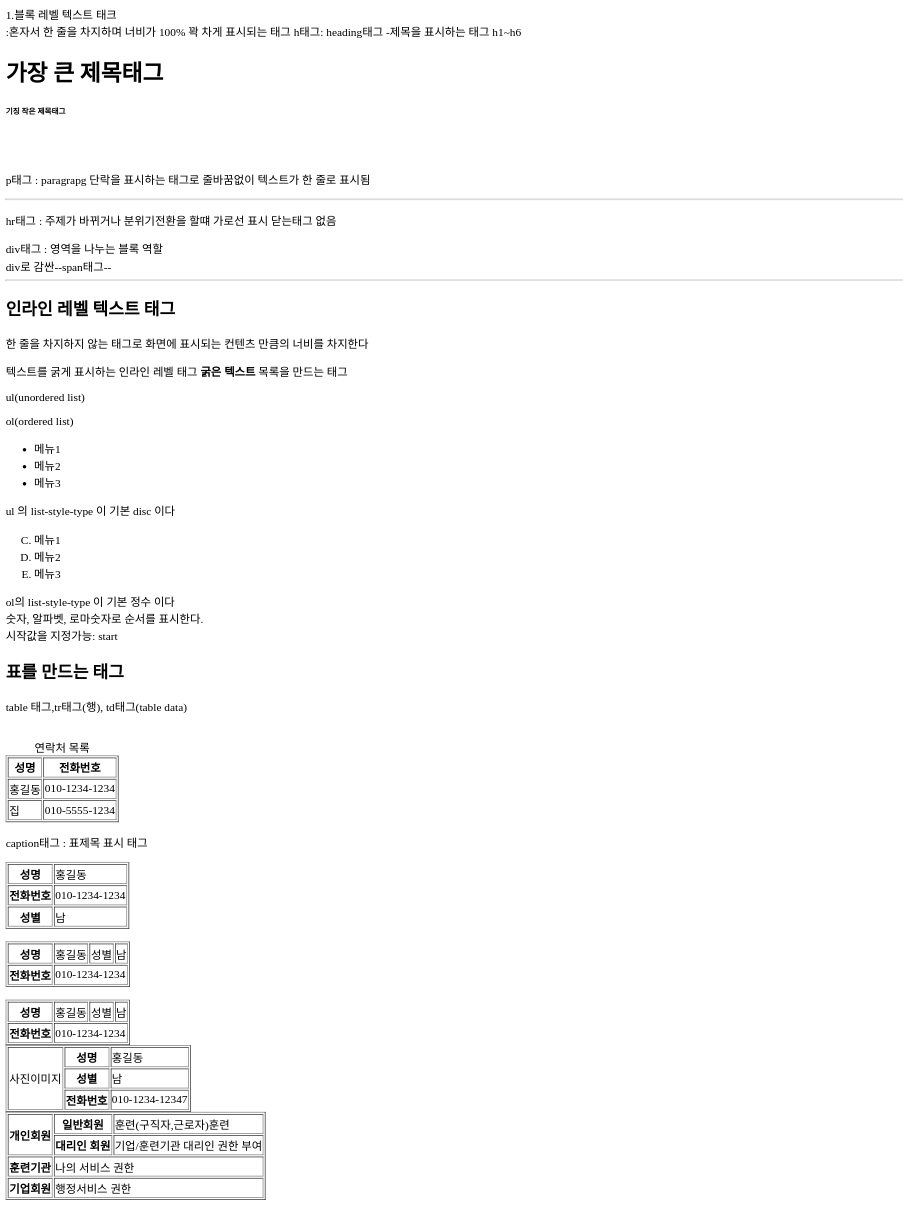
Repository: hana825/Web
Page: web/WebContent/index.html
These files come from the project's save history. The page is drawn as it stood at one moment and after the next save; the edit follows.
The browser window is 1280 px wide. The pictures show the whole page, at 71% of full size.

Above is the page before, as saved 2022-03-17 07:03:40.

After the next save:
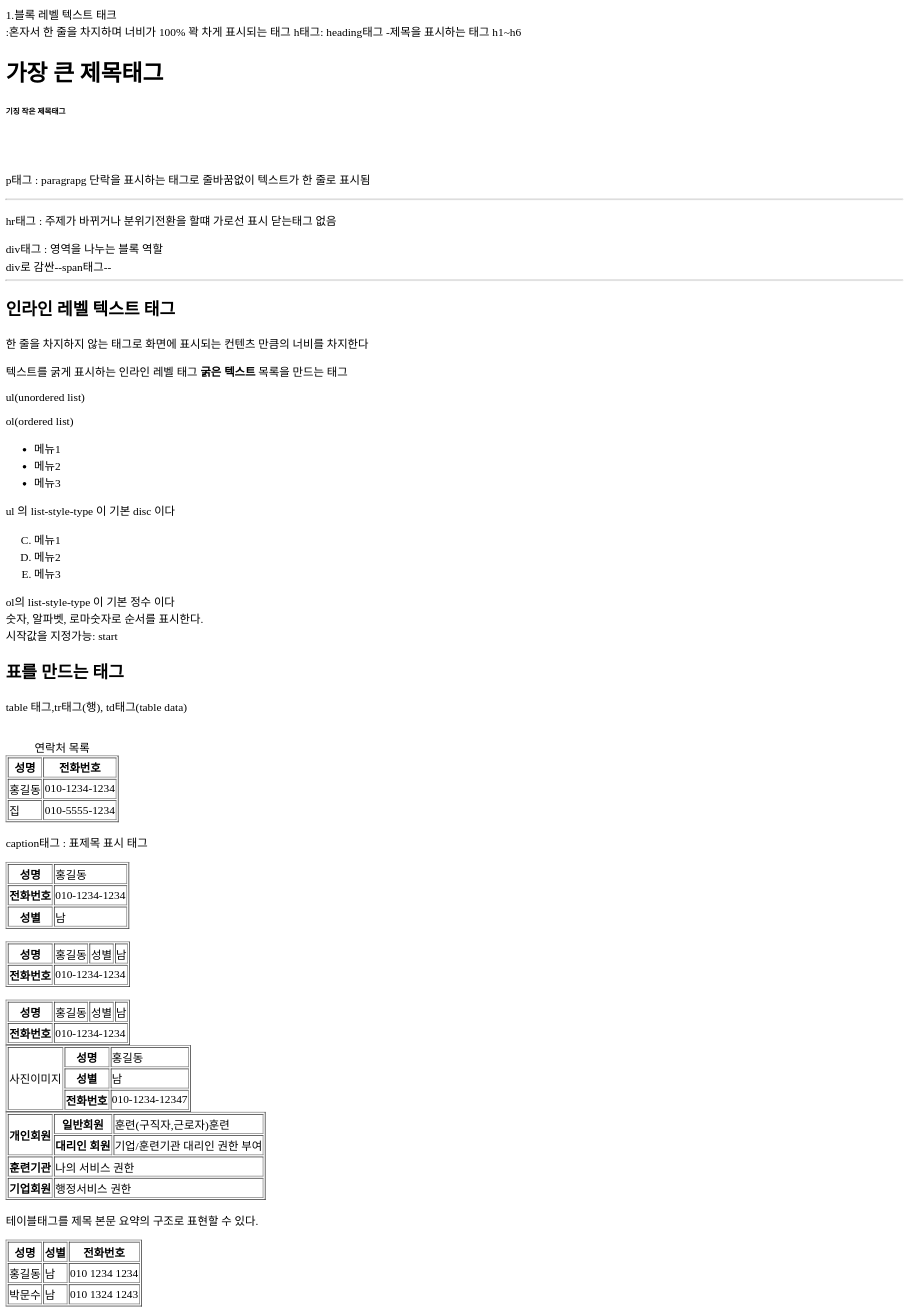
Saved 6 min 53 s later.
--- a/web/WebContent/index.html
+++ b/web/WebContent/index.html
@@ -141,6 +141,30 @@ div태그 : 영역을 나누는 블록 역할
 
 
 </table>
+<p>
+테이블태그를 제목 본문 요약의 구조로 표현할 수 있다.
+</p>
+<table border='1'>
+	<thead>
+		<tr>
+			<th>성명</th>
+			<th>성별</th>
+			<th>전화번호</th>
+		</tr>
+	</thead>
+	<tbody>
+		<tr>
+			<td>홍길동</td>
+			<td>남</td>
+			<td>010 1234 1234</td>
+		</tr>
+		<tr>
+			<td>박문수</td>
+			<td>남</td>
+			<td>010 1324 1243</td>
+		</tr>
+	</tbody>
+</table>
 
 
 
